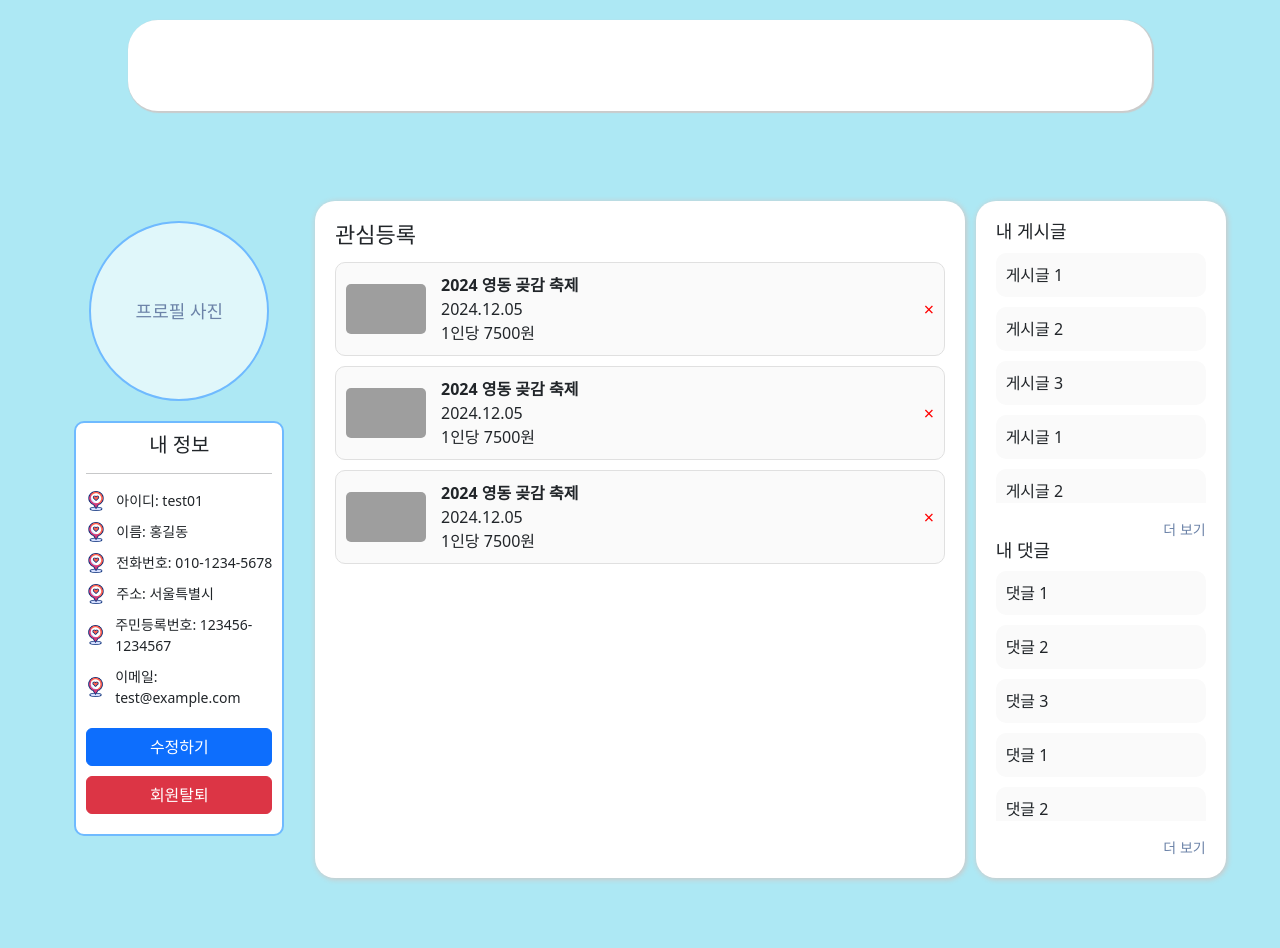
Repository: KimMJ0964/jsp
Page: http://localhost/Trafi/views/mypage/myPageMain.jsp
An editor plug-in stored every save of this project. The page is shown before and after the next save, followed by the edit.
The browser window is 1280 px wide. The pictures show the whole page.
Pictures or frames that could not be fetched are drawn as grey boxes. The page is served by Tomcat 9.

Above is the page before, as saved 2024-09-19 07:28:25.

After the next save:
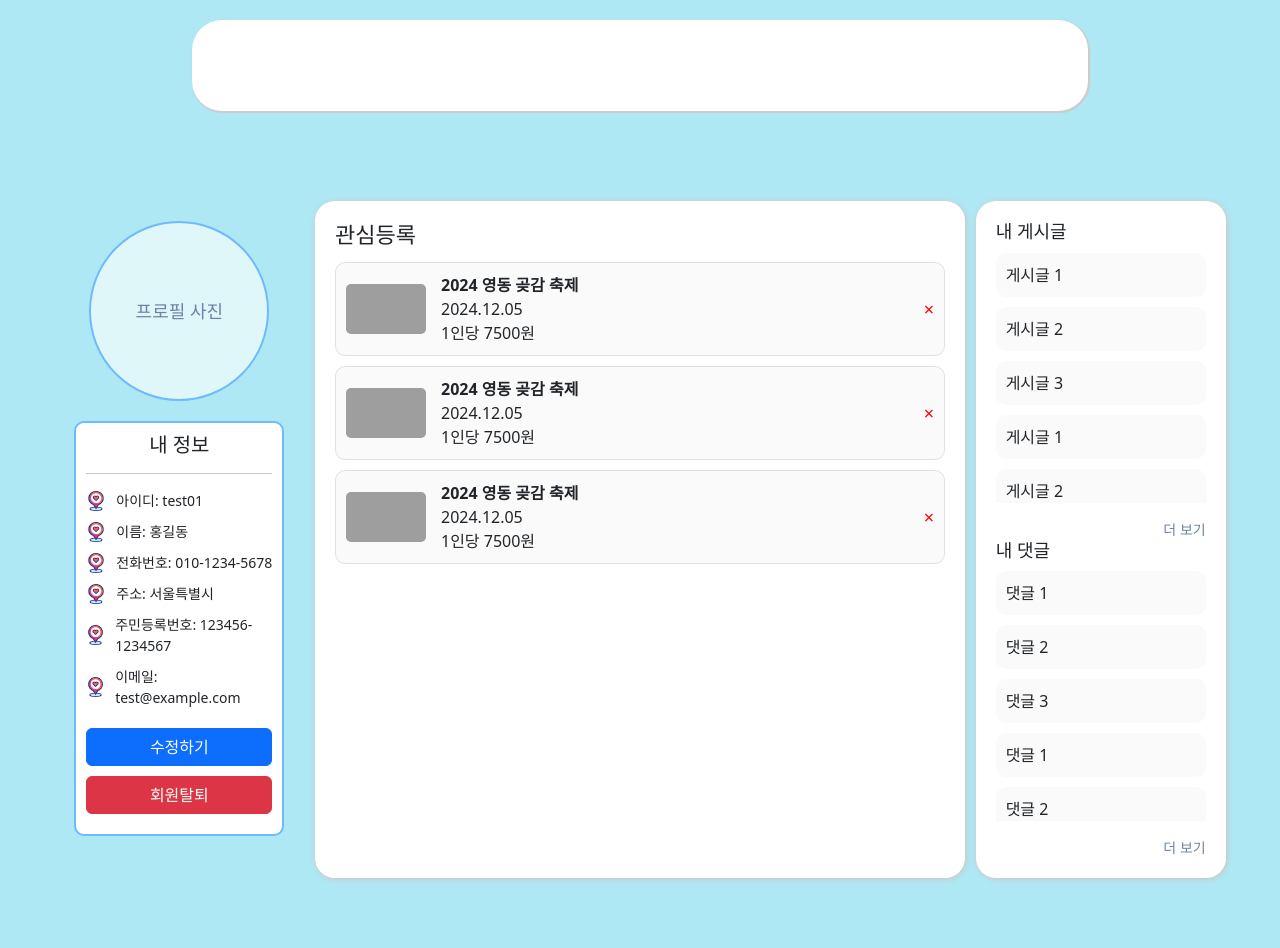
Saved 28 s later.
--- a/Trafi/src/main/webapp/views/mypage/myPageMain.jsp
+++ b/Trafi/src/main/webapp/views/mypage/myPageMain.jsp
@@ -24,7 +24,7 @@
             padding: 20px;
         }
         #header {
-            width: 80%;
+            width: 70%;
             height: 91px;
             background-color: white;
             border-radius: 30px;
